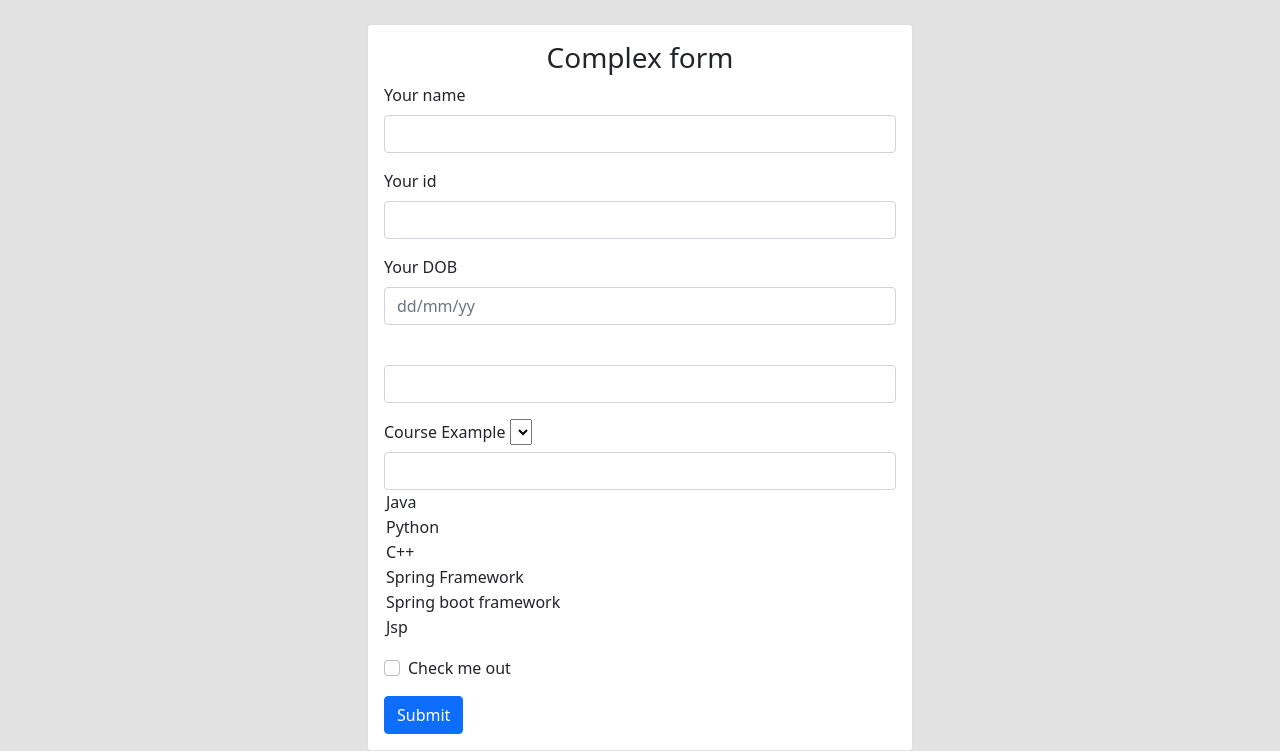
Repository: himanshurai26/Spring-Framewrok-code-
Page: http://localhost/SpringMvcSearch/WEB-INF/views/complex-form.jsp
The author's editor kept a copy of each file at every save. The page is drawn from the files as they stood at one save, then again after the next save.
The browser window is 1280 px wide. The pictures show the whole page.
The page is served by Tomcat 9. Nobody is signed in. The template is opened directly, without the code that normally fills it, so the values that code supplies are empty.

Above is the page before, as saved 2023-07-28 16:41:25.

After the next save:
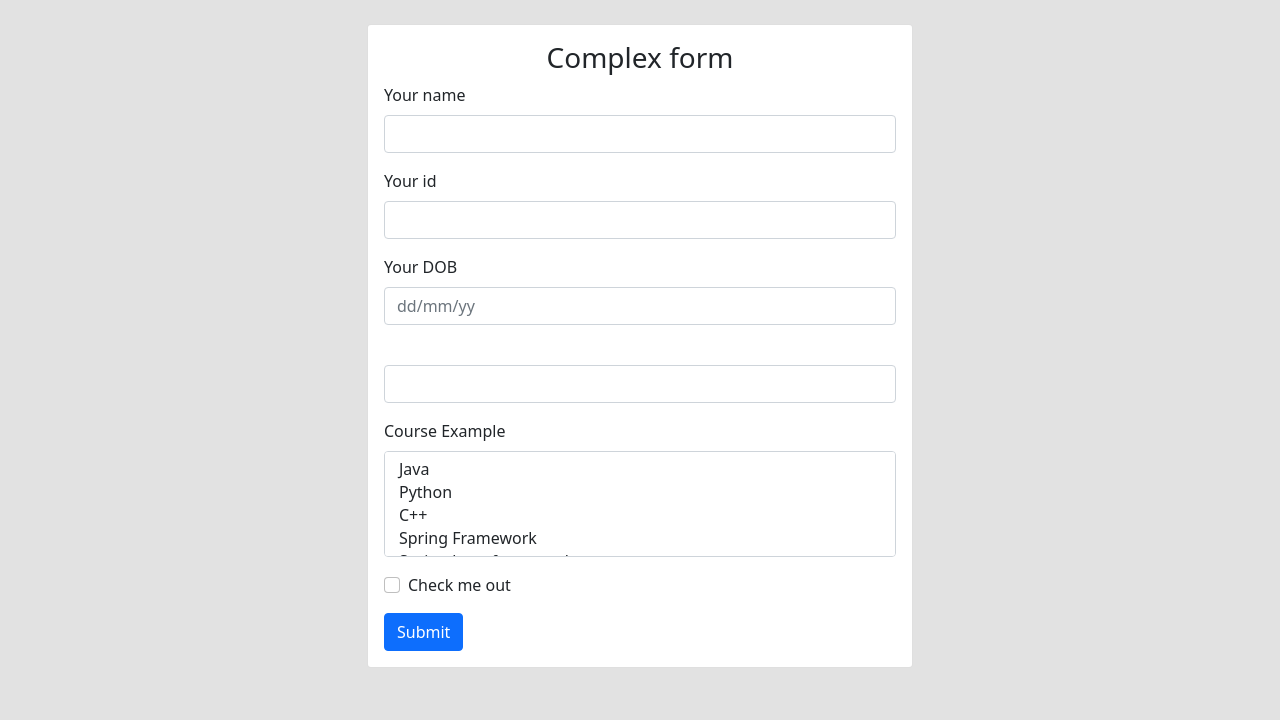
Saved 72 s later.
--- a/SpringMVC/SpringMvcSearch/src/main/webapp/WEB-INF/views/complex-form.jsp
+++ b/SpringMVC/SpringMvcSearch/src/main/webapp/WEB-INF/views/complex-form.jsp
@@ -44,8 +44,8 @@
 
     <div class="mb-3">
     <label for="formcontrolselect1" class="form-label">Course Example</label>
-    <select>
-    <input type="email" class="form-control" id="exampleInputEmail1" name="subjects"  multiple>
+    <select
+    class="form-control" id="exampleInputEmail1" name="subjects"  multiple>
  <option>Java</option>
  <option>Python</option>
  <option>C++</option>
